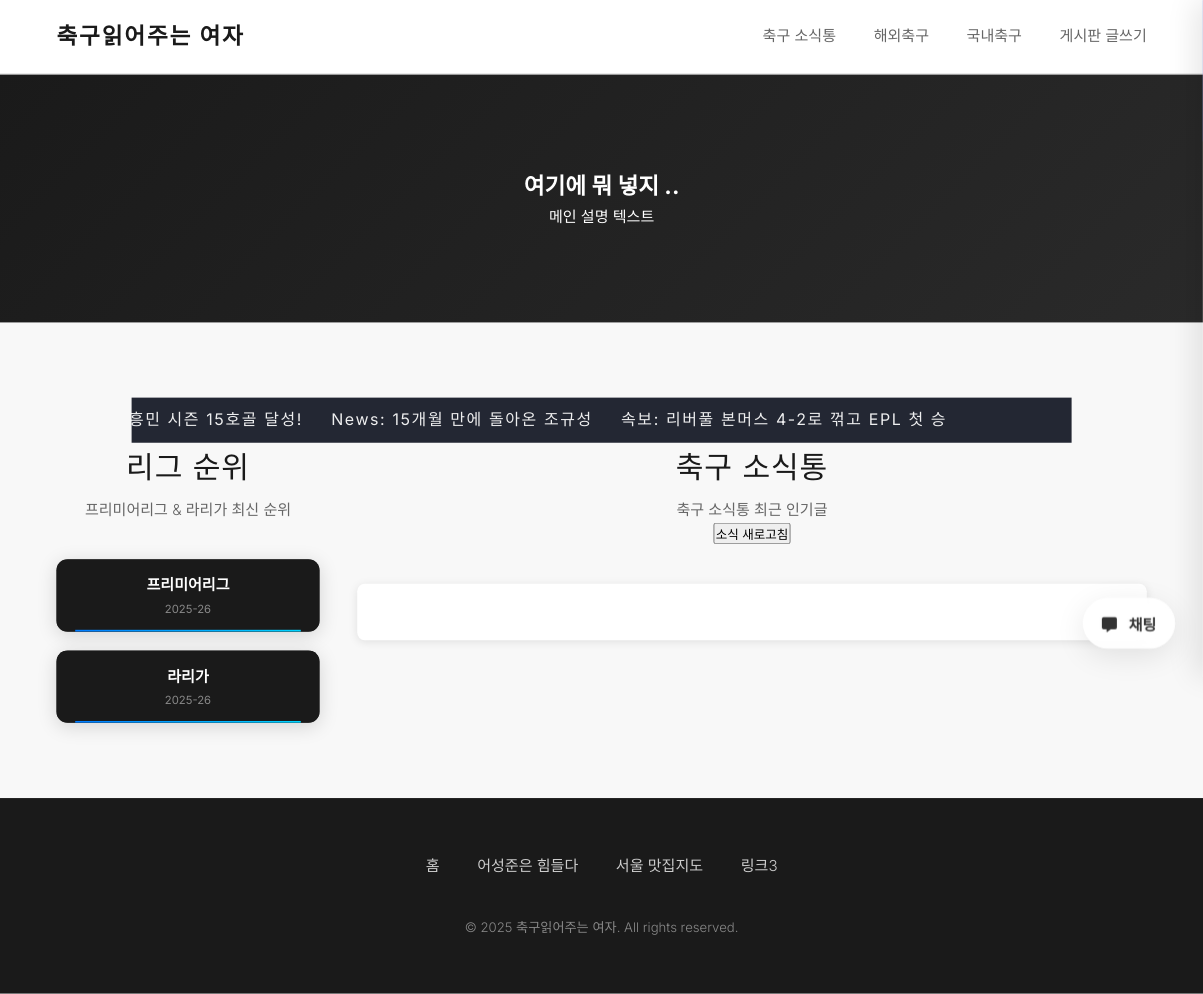
Repository: caramelpopcornKHU/JavaJSPProject
Page: http://localhost/FromJ/footballMain
These files come from the project's save history. The page is drawn as it stood at one moment and after the next save; the edit follows.
The browser window is 1280 px wide. The pictures show the whole page, at 94% of full size.
The page is served by Tomcat 9. Queries for data that is not in the repository find no rows.

Above is the page before, as saved 2025-08-17 15:26:16.

After the next save:
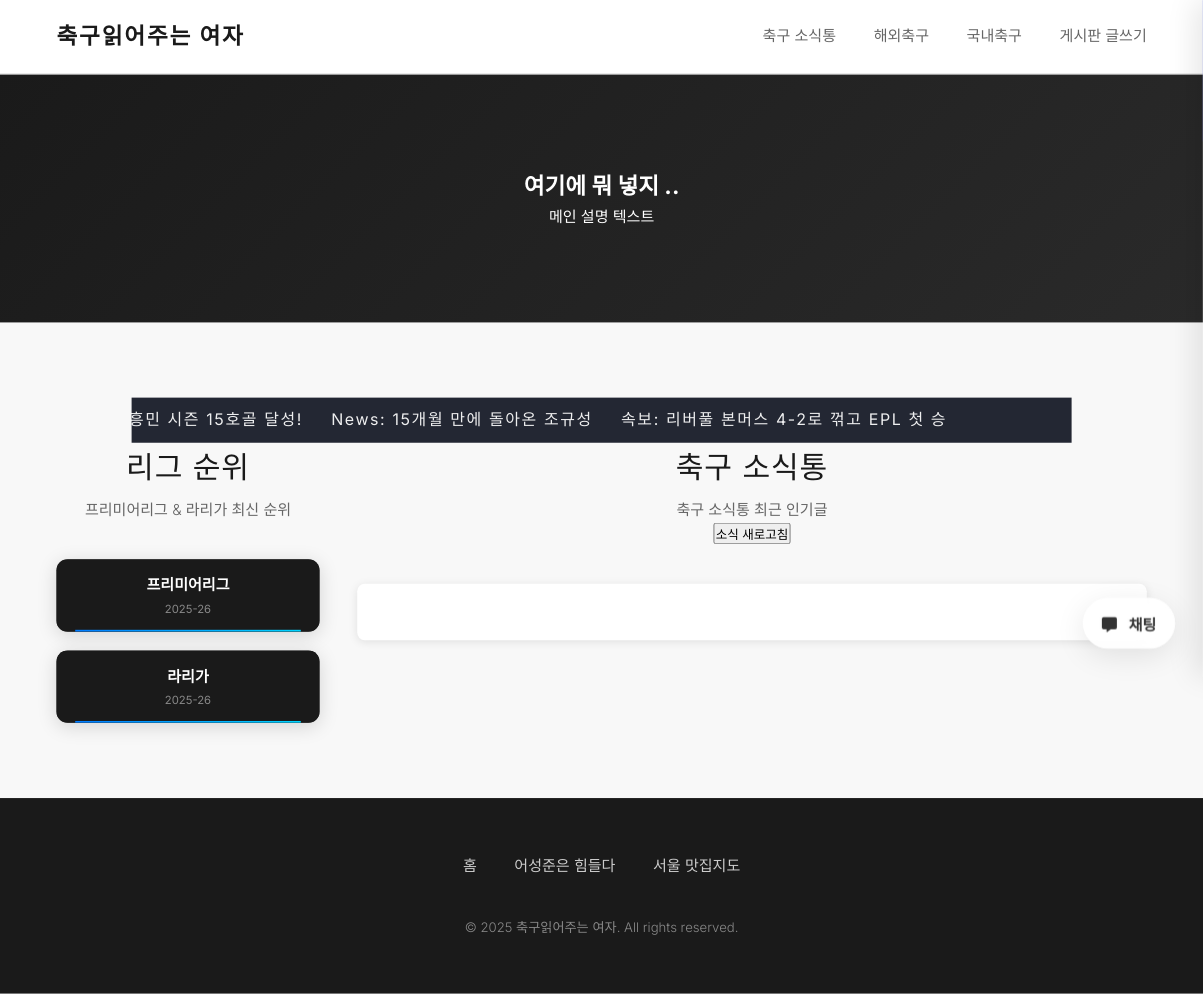
Saved 11 s later.
--- a/FromJ/src/main/webapp/footballMain.jsp
+++ b/FromJ/src/main/webapp/footballMain.jsp
@@ -143,7 +143,6 @@
                    <a href="/link1">홈</a>
                    <a href="/ESJ.jsp">어성준은 힘들다</a>
                    <a href="seoulfood.jsp">서울 맛집지도</a>
-                   <a href="/link3">링크3</a>
                </div>
                <p class="footer-text">© 2025 축구읽어주는 여자. All rights reserved.</p>
            </div>
